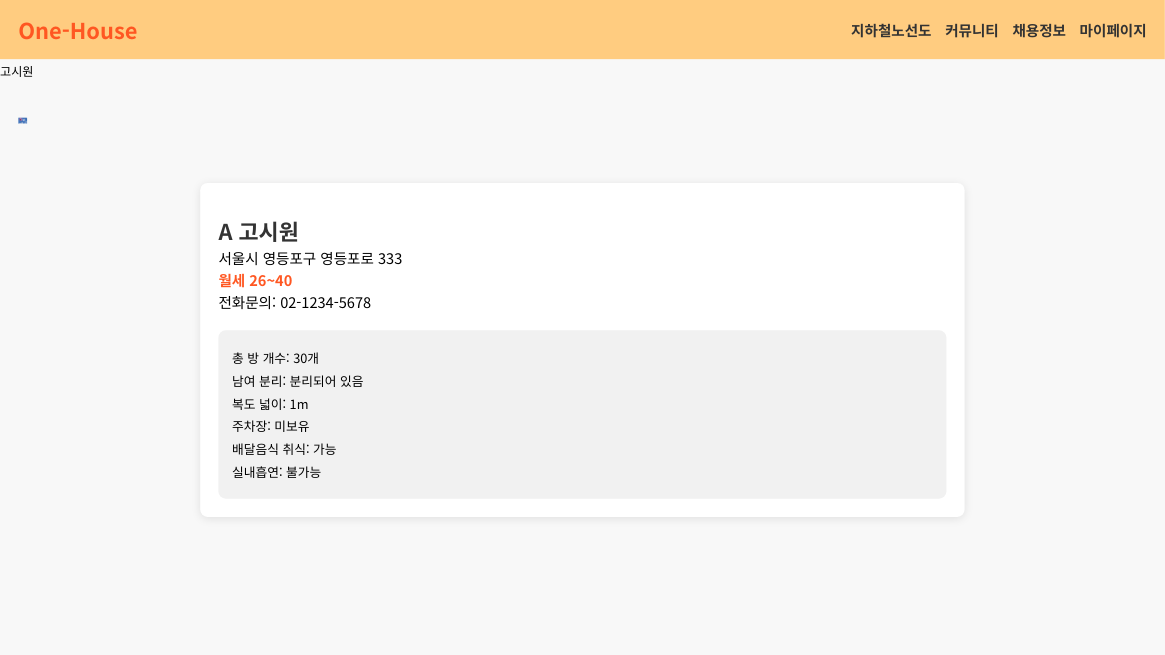
Repository: nayeon-3/one_house
Page: one_house/public/sample/page1.html
These files come from the project's save history. The page is drawn as it stood at one moment and after the next save; the edit follows.
The browser window is 1280 px wide. The pictures show the whole page, at 91% of full size.

Above is the page before, as saved 2025-02-11 08:42:09.

After the next save:
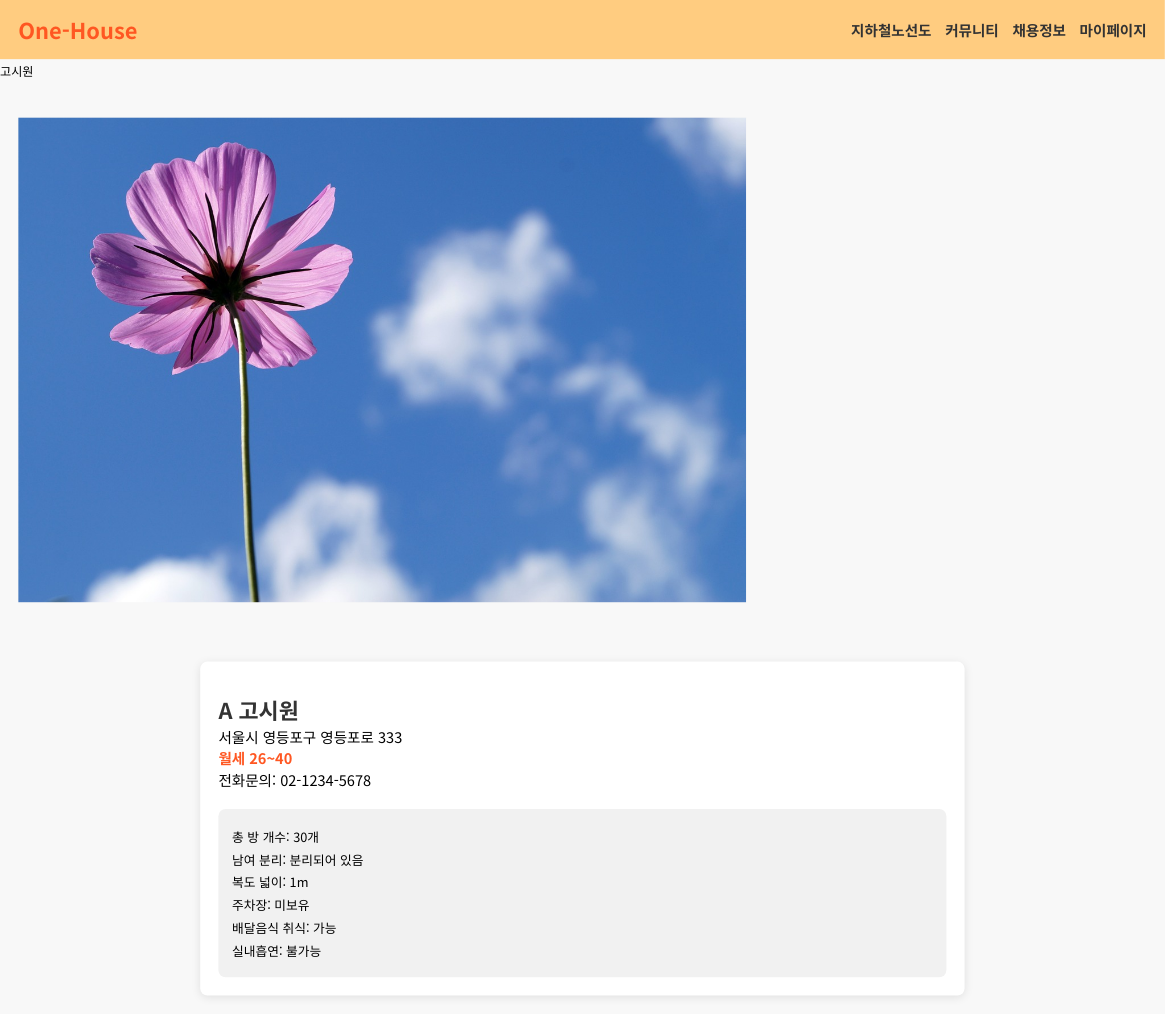
Saved 31 s later.
--- a/one_house/public/sample/page1.css
+++ b/one_house/public/sample/page1.css
@@ -66,7 +66,7 @@ nav ul li a {
 }
 
 img {
-    width: 10px;
+    width: 800px;
     margin: 20px auto;
     border-radius: 8px;
     padding: 20px;
